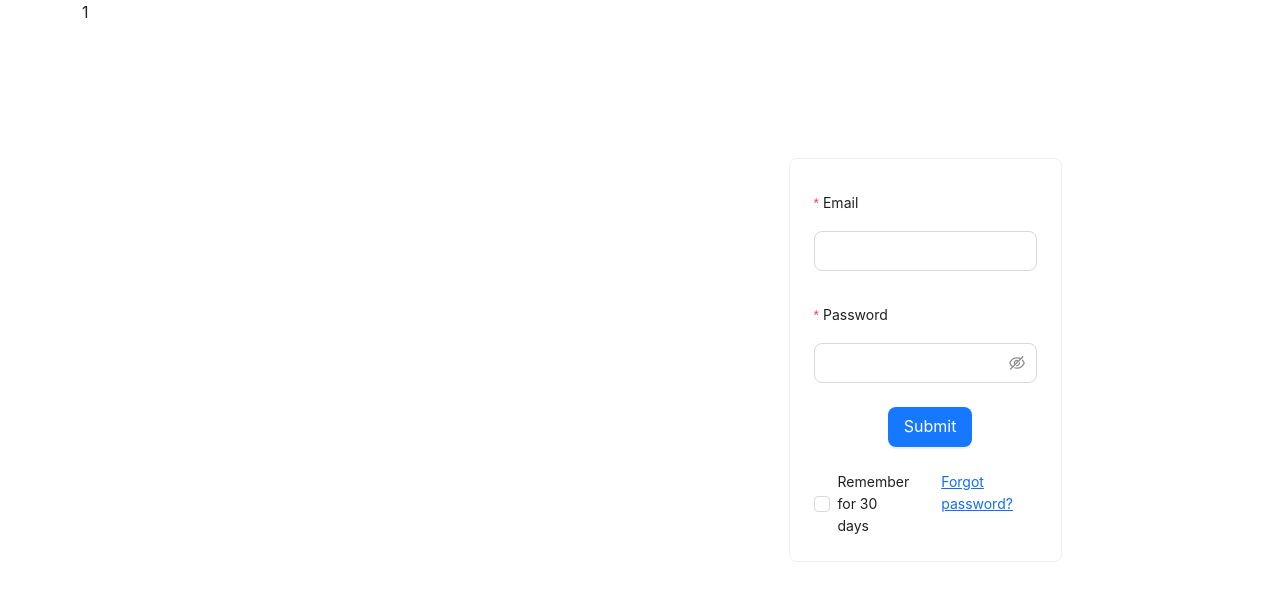
Repository: di-huynh-dev/kanban-inventory-management
Page: /
An editor plug-in stored every save of this project. The page is shown before and after the next save, followed by the edit.
The browser window is 1280 px wide. The pictures show the whole page.
The project was rebuilt for these pictures with package versions that can differ from the ones it lists, and the page was loaded fresh each time. Also part of the build but not shown: src/App.css, src/pages/auth/SignUp.tsx, src/routers/MainRouter.tsx.

Above is the page before, as saved 2024-09-07 12:02:12.

### public/index.html
<!DOCTYPE html>
<html lang="en">
  <head>
    <meta charset="utf-8" />
    <link rel="icon" href="%PUBLIC_URL%/favicon.ico" />
    <meta name="viewport" content="width=device-width, initial-scale=1" />
    <meta name="theme-color" content="#000000" />
    <meta
      name="description"
      content="Web site created using create-react-app"
    />
    <link rel="apple-touch-icon" href="%PUBLIC_URL%/logo192.png" />
    <link
      rel="stylesheet"
      href="https://cdn.jsdelivr.net/npm/bootstrap@5.3.2/dist/css/bootstrap.min.css"
      integrity="sha384-T3c6CoIi6uLrA9TneNEoa7RxnatzjcDSCmG1MXxSR1GAsXEV/Dwwykc2MPK8M2HN"
      crossorigin="anonymous"
    />
    <!--
      manifest.json provides metadata used when your web app is installed on a
      user's mobile device or desktop. See https://developers.google.com/web/fundamentals/web-app-manifest/
    -->
    <link rel="manifest" href="%PUBLIC_URL%/manifest.json" />
    <!--
      Notice the use of %PUBLIC_URL% in the tags above.
      It will be replaced with the URL of the `public` folder during the build.
      Only files inside the `public` folder can be referenced from the HTML.

      Unlike "/favicon.ico" or "favicon.ico", "%PUBLIC_URL%/favicon.ico" will
      work correctly both with client-side routing and a non-root public URL.
      Learn how to configure a non-root public URL by running `npm run build`.
    -->
    <title>React App</title>
  </head>
  <body>
    <noscript>You need to enable JavaScript to run this app.</noscript>
    <div id="root"></div>
    <!--
      This HTML file is a template.
      If you open it directly in the browser, you will see an empty page.

      You can add webfonts, meta tags, or analytics to this file.
      The build step will place the bundled scripts into the <body> tag.

      To begin the development, run `npm start` or `yarn start`.
      To create a production bundle, use `npm run build` or `yarn build`.
    -->
  </body>
</html>

### src/index.css
body {
  margin: 0;
  font-family: -apple-system, BlinkMacSystemFont, 'Segoe UI', 'Roboto', 'Oxygen', 'Ubuntu', 'Cantarell', 'Fira Sans',
    'Droid Sans', 'Helvetica Neue', sans-serif;
  -webkit-font-smoothing: antialiased;
  -moz-osx-font-smoothing: grayscale;
}

code {
  font-family: source-code-pro, Menlo, Monaco, Consolas, 'Courier New', monospace;
}

.content-center {
  height: 100vh;
  justify-content: center;
  align-items: center;
  display: flex;
}

### src/App.tsx
import './App.css'
import Routers from './routers/Routers'

function App() {
  return <Routers />
}

export default App

### src/routers/Routers.tsx
import AuthRouter from './AuthRouter'
import MainRouter from './MainRouter'

const Routers = () => {
  return 1 < 2 ? <AuthRouter></AuthRouter> : <MainRouter></MainRouter>
}

export default Routers

### src/routers/AuthRouter.tsx
import { createBrowserRouter, RouterProvider } from 'react-router-dom'
import { LoginPage, SignUpPage } from '../pages'

const authRouter = createBrowserRouter([
  {
    path: '/',
    element: <LoginPage></LoginPage>,
  },
  {
    path: '/sign-up',
    element: <SignUpPage></SignUpPage>,
  },
])
const AuthRouter = () => {
  return (
    <div className="container">
      <div className="row">
        <div className="col">1</div>
        <div className="col content-center">
          <RouterProvider router={authRouter} />
        </div>
      </div>
    </div>
  )
}

export default AuthRouter

### src/pages/index.ts
import LoginPage from './auth/Login'
import SignUpPage from './auth/SignUp'

export { LoginPage, SignUpPage }

### src/pages/auth/Login.tsx
import type { FormProps } from 'antd'
import { Button, Card, Checkbox, Form, Input } from 'antd'
import { useState } from 'react'
import { Link } from 'react-router-dom'

type FieldType = {
  email?: string
  password?: string
  remember?: string
}

const LoginPage = () => {
  const [isLoading, setIsLoading] = useState(false)
  const [isRemember, setIsRemember] = useState(false)

  const onFinish: FormProps<FieldType>['onFinish'] = (values) => {
    console.log('Success:', values)
  }

  const onFinishFailed: FormProps<FieldType>['onFinishFailed'] = (errorInfo) => {
    console.log('Failed:', errorInfo)
  }
  return (
    <>
      <Card
        style={{
          width: '50%',
        }}
      >
        <Form
          layout="vertical"
          initialValues={{ remember: true }}
          onFinish={onFinish}
          onFinishFailed={onFinishFailed}
          disabled={isLoading}
          size="large"
        >
          <Form.Item<FieldType> label="Email" name="email" rules={[{ required: true, message: 'Enter your email' }]}>
            <Input />
          </Form.Item>

          <Form.Item<FieldType> label="Password" name="password" rules={[{ required: true, message: '**********' }]}>
            <Input.Password />
          </Form.Item>

          <Form.Item wrapperCol={{ offset: 8, span: 16 }}>
            <Button type="primary" htmlType="submit">
              Submit
            </Button>
          </Form.Item>
        </Form>
        <div className="row">
          <div className="col">
            <Checkbox checked={isRemember} onChange={(val) => setIsRemember(val.target.checked)}>
              Remember for 30 days
            </Checkbox>
          </div>
          <div className="col text-right">
            <Link to={'/'}>Forgot password?</Link>
          </div>
        </div>
      </Card>
    </>
  )
}

export default LoginPage

Loaded but not shown: src/index.tsx (common file); src/reportWebVitals.ts (common file)

After the next save:
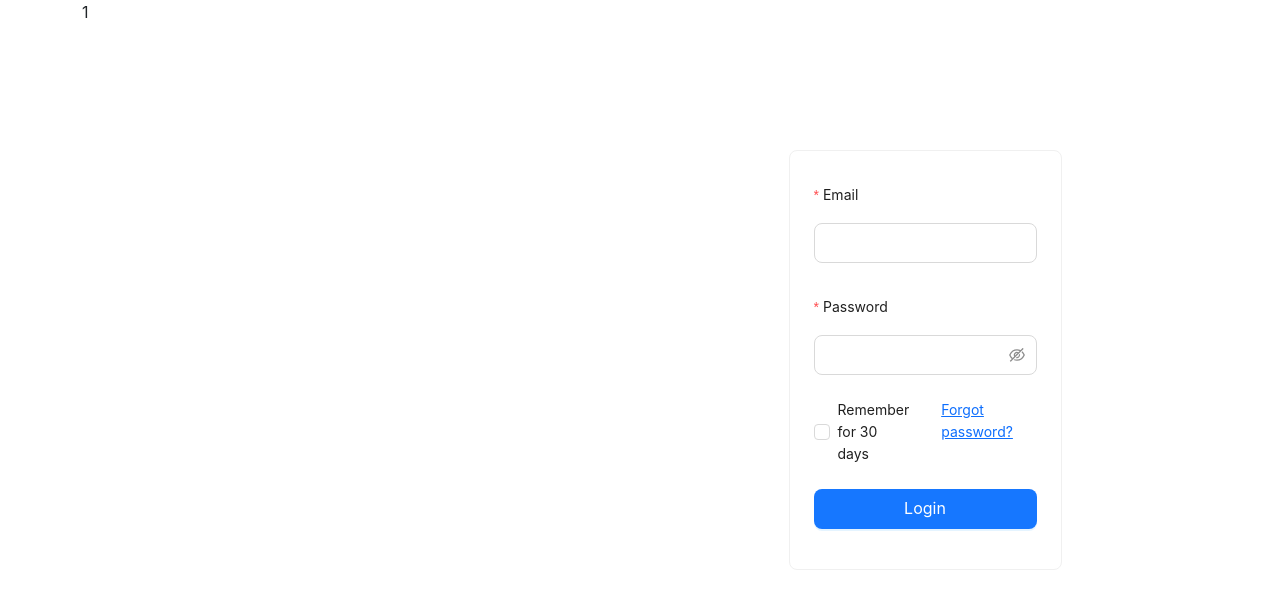
Saved 23 s later.
--- a/src/pages/auth/Login.tsx
+++ b/src/pages/auth/Login.tsx
@@ -42,12 +42,6 @@
           <Form.Item<FieldType> label="Password" name="password" rules={[{ required: true, message: '**********' }]}>
             <Input.Password />
           </Form.Item>
-
-          <Form.Item wrapperCol={{ offset: 8, span: 16 }}>
-            <Button type="primary" htmlType="submit">
-              Submit
-            </Button>
-          </Form.Item>
         </Form>
         <div className="row">
           <div className="col">
@@ -59,6 +53,19 @@
             <Link to={'/'}>Forgot password?</Link>
           </div>
         </div>
+        <div className="mt-4 mb-3">
+          <Button
+            loading={isLoading}
+            onClick={() => form.submit()}
+            type="primary"
+            style={{
+              width: '100%',
+            }}
+            size="large"
+          >
+            Login
+          </Button>
+        </div>
       </Card>
     </>
   )

After the save that followed:
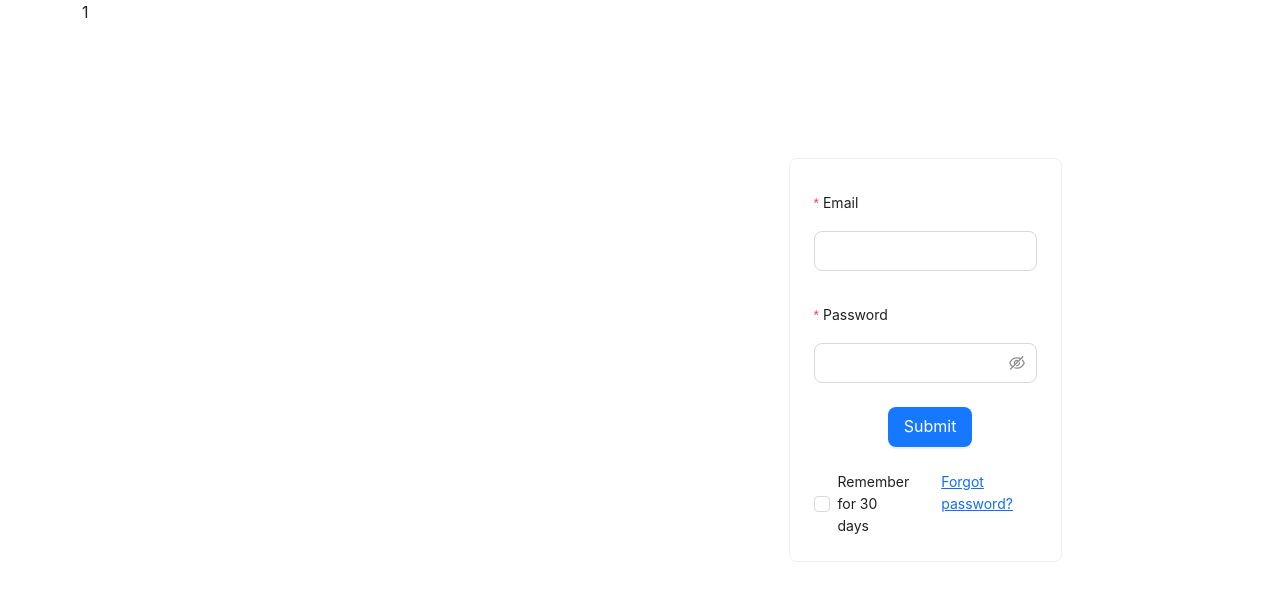
Saved 80 s later.
--- a/src/pages/auth/Login.tsx
+++ b/src/pages/auth/Login.tsx
@@ -42,6 +42,12 @@
           <Form.Item<FieldType> label="Password" name="password" rules={[{ required: true, message: '**********' }]}>
             <Input.Password />
           </Form.Item>
+
+          <Form.Item wrapperCol={{ offset: 8, span: 16 }}>
+            <Button type="primary" htmlType="submit">
+              Submit
+            </Button>
+          </Form.Item>
         </Form>
         <div className="row">
           <div className="col">
@@ -53,19 +59,6 @@
             <Link to={'/'}>Forgot password?</Link>
           </div>
         </div>
-        <div className="mt-4 mb-3">
-          <Button
-            loading={isLoading}
-            onClick={() => form.submit()}
-            type="primary"
-            style={{
-              width: '100%',
-            }}
-            size="large"
-          >
-            Login
-          </Button>
-        </div>
       </Card>
     </>
   )
